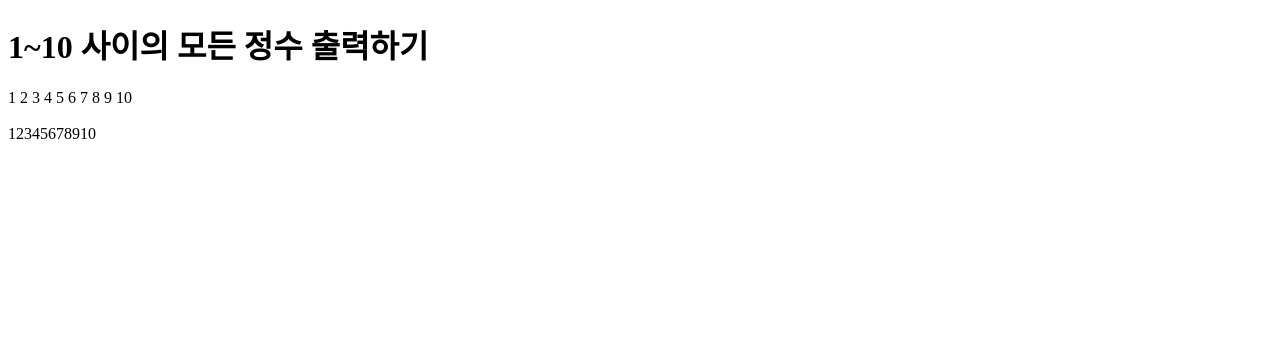
Repository: asnqty/workspace_jsp
Page: http://localhost/chapter02_jsp/Ex07_out.jsp
The author's editor kept a copy of each file at every save. The page is drawn from the files as they stood at one save, then again after the next save.
The browser window is 1280 px wide. The pictures show the whole page.
The page is served by Tomcat 9.

Above is the page before, as saved 2025-11-25 06:39:36.

After the next save:
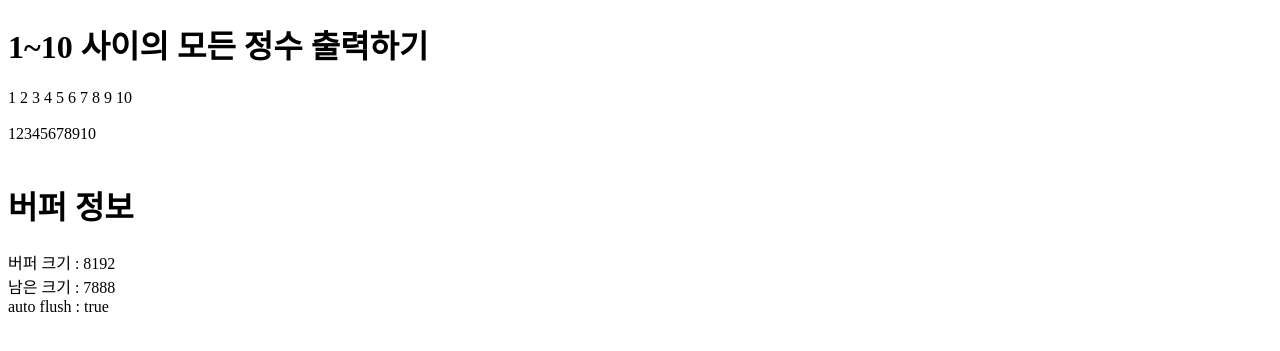
Saved 102 s later.
--- a/chapter02_jsp/WebContent/Ex07_out.jsp
+++ b/chapter02_jsp/WebContent/Ex07_out.jsp
@@ -20,7 +20,17 @@
 	<%
 		for(int i=1; i<11; i++){
 			out.print(i);
+			// jsp에서는 생성 없이 사용 가능 (기본 객체)
+			// 서블릿에서는 PrintWriter 객체 생성 후 사용
 		}
 	%>
+
+	<br>
+	<br>
+
+	<h1>버퍼 정보</h1>
+	버퍼 크기 : <%=out.getBufferSize() %> <br>
+	남은 크기 : <%=out.getRemaining() %> <br>
+	auto flush : <%=out.isAutoFlush() %> <br>
 </body>
 </html>
